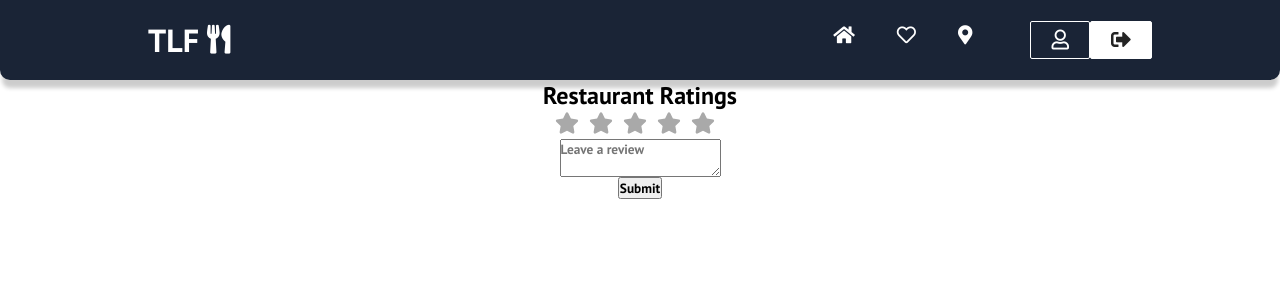
Repository: bethel-school-of-technology/the-local-fork-frontend
Page: /favorites
An editor plug-in stored every save of this project. The page is shown before and after the next save, followed by the edit.
The browser window is 1280 px wide. The pictures show the whole page.
The project was rebuilt for these pictures with package versions that can differ from the ones it lists, and the page was loaded fresh each time. Also part of the build but not shown: src/Components/pages/SignUp.js, src/Components/pages/Delete.js, src/Components/pages/PersonPut.js, src/Components/pages/Login.js, src/Components/pages/Home.js, src/Components/pages/ProfilePage.js, src/Components/pages/Newres.js.

Above is the page before, as saved 2021-11-02 19:18:27.

### src/App.js
import React from "react";
import Navbar from "./Components/Navbar";
import { BrowserRouter as Router, Switch, Route} from "react-router-dom";
import "./App.css";


import Signup from "./Components/pages/SignUp";
import Delete from "./Components/pages/Delete";
import Put from "./Components/pages/PersonPut";
import Login from "./Components/pages/Login";
import Home from "./Components/pages/Home";
import Profile from "./Components/pages/ProfilePage";
import Favorites from "./Components/pages/Favorites";
import Newres from "./Components/pages/Newres";

import Logout from "./Components/pages/Logout";


function App() {
  return (
    <>
      <Router>
        <Navbar />

        <Switch>
          <Route path="/Login" exact component={Login} />
          <Route path="/profile" exact component={Profile} />
          <Route path="/signup" exact component={Signup} />
          <Route path="/Put" exact component={Put} />
          <Route path="/Delete" exact component={Delete} />
          <Route path="/" exact component={Home} />
          <Route path="/favorites" exact component={Favorites} />
          <Route path="/Res" exact component={Newres} />
          <Route path="/logout" exact component={Logout} />


        </Switch>
      </Router>
    </>
  );
}

export default App;

### src/Components/Navbar.js
import React, { useState, useEffect } from "react";
import { Link } from "react-router-dom";
import "./Navbar.css";
import { Button } from "./Button";
import { Button2 } from "./Button2";

function Navbar() {
  const [click, setClick] = useState(false);
  const [button, setButton] = useState(true);

  const handleClick = () => setClick(!click);
  const closeMobileMenu = () => setClick(false);

  const showButton = () => {
    if (window.innerWidth <= 960) {
      setButton(false);
    } else {
      setButton(true);
    }
  };

  useEffect(() => {
    showButton();
  }, []);

  window.addEventListener("resize", showButton);

  return (
    <>
      <nav className="navbar">
        <div className="navbar-container">
          <Link to="/" className="navbar-logo" onClick={closeMobileMenu}>
            TLF <i className="fas fa-utensils" />
          </Link>
          <div className="menu-icon" onClick={handleClick}>
            <i className={click ? "fas fa-times" : "fas fa-bars"} />
          </div>
          <ul className={click ? "nav-menu active" : "nav-menu"}>
            <li className="nav-item">
              <Link to="/" className="nav-links" onClick={closeMobileMenu}>
                <i className="fas fa-home"></i>
              </Link>
            </li>
            <li className="nav-item">
              <Link
                to="/favorites"
                className="nav-links"
                onClick={closeMobileMenu}
              >
                <i className="far fa-heart"></i>
              </Link>
            </li>
            <li className="nav-item">
              <Link
                to="/map"
                className="nav-links"
                onClick={closeMobileMenu}
              >
                <i className="fas fa-map-marker-alt"></i>
              </Link>
            </li>
            <li className="">
              <Link
                to="/signup"
                className="nav-links-mobile"
                onClick={closeMobileMenu}
              >
                <i className="far fa-user"></i>
              </Link>
            </li>
            <li className="">
              <Link
                to="/"
                className="nav-links-mobile"
                onClick={closeMobileMenu}
              >
                <i className="fas fa-sign-out-alt"></i>
              </Link>
            </li>
          </ul>
          {button && <Button buttonStyle="btn--outline"></Button>}
          {button && <Button2 buttonStyle="btn--outline"></Button2>}
        </div>
      </nav>
    </>
  );
}

export default Navbar;

### src/Components/pages/Favorites.js
import React from "react";
import { FaStar } from "react-icons/fa";
import { useState } from "react/cjs/react.development";

const colors = {
  orange: "#FFBA5A",
  grey: "#a9a9a9",
};

function App() {
  const stars = Array(5).fill(0);
  const [currentValue, setCurrentValue] = React.useState(0);
  const [hoverValue, setHoverValue] = React.useState(undefined);

  const handleClick = (value) => {
    setCurrentValue(value);
  };

  const handleMouseOver = (value) => {
    setHoverValue(value);
  };

  const handleMouseLeave = () => {
    setHoverValue(undefined);
  };

  return (
    <div style={styles.container}>
      <h2>Restaurant Ratings</h2>
      <div style={styles.stars}>
        {stars.map((_, index) => {
          return (
            <FaStar
              key={index}
              size={24}
              style={{
                marginRight: 10,
                cursor: "pointer",
              }}
              color={
                (hoverValue || currentValue) > index
                  ? colors.orange
                  : colors.grey
              }
              onClick={() => handleClick(index + 1)}
              onMouseOver={() => handleMouseOver(index + 1)}
              onMouseLeave={handleMouseLeave}
            />
          );
        })}
      </div>
      <textarea placeholder="Leave a review" style={styles.textarea} />
      <button style={styles.button}>Submit</button>
    </div>
  );
}

const styles = {
  container: {
    display: "flex",
    flexDirection: "column",
    alignItems: "center",
  },
};

export default App;

// export default class Favorites extends React.Component {
//   render() {
//     return (
//       <ul>
//         <li>
//           <h1>User Favorites Page</h1>
//         </li>
//       </ul>
//     );
//   }
//}

### src/Components/pages/Logout.js
import React from "react";
import { useHistory } from "react-router-dom";
import "../Button2.css";

const STYLES = ['btn--primary', 'btn--outline']
const SIZES = ['btn--medium', 'btn--large'];

const Logout = ({
    children,
    type,
    onClick,
    buttonStyle,
    buttonSize,
}) => {
    let history = useHistory();


    const checkButtontStyle = STYLES.includes(buttonStyle)
        ? buttonStyle
        : STYLES[0];

    const checkButtontSize = SIZES.includes(buttonSize)
        ? buttonSize
        : SIZES[0];

    const handleSubmit = () => {
        localStorage.removeItem("mytoken");
        history.push('/login');

    }

    return (
        <form onSubmit={handleSubmit}>

            <button
                className={`btn fas fa-sign-out-alt ${checkButtontStyle} ${checkButtontSize}`}
                onClick={onClick}
                type={type, "submit"}
            >
                {children}
            </button>
        </form>
    )

};

export default Logout;

### src/Components/Navbar.css
.navbar {
    background: #1a2436;
    border-bottom-right-radius: 10px;
    border-bottom-left-radius: 10px;
    box-shadow: 0 10px 4px -2px rgba(0,0,0,.2);
    height: 80px;
    display: flex;
    justify-content: center;
    align-items: center;
    font-size: 1.2rem;
    position: sticky;
    top: 0;
    z-index: 999;
  }

  .navbar-container {
    display: flex;
    justify-content: center;
    align-items: center;
    height: 80px;
    max-width: 1500px;
  }

  .navbar-logo {
    color: #fff;
    justify-self: start;
    margin-left: 20px;
    cursor: pointer;
    text-decoration: none;
    font-size: 2rem;
    display: flex;
    align-items: center;
  }

  .fa-utensils {
    margin-left: 0.5rem;
    font-size: 1.8rem;
  }

  .nav-menu {
    display: grid;
    grid-template-columns: repeat(4, auto);
    grid-gap: 10px;
    list-style: none;
    text-align: center;
    width: 60vw;
    justify-content: end;
    margin-right: 2rem;
  }

  .nav-item {
    height: 80px;
  }

  .nav-links {
    color: #fff;
    display: flex;
    align-items: center;
    text-decoration: none;
    padding: 0.5rem 1rem;
    height: 100%;
  }

  .nav-links:hover {
    border-bottom: 4px solid #fff;
    transition: all 0.2s ease-out;
  }

  .fa-bars {
    color: #fff;
  }

  .nav-links-mobile {
    display: none;
  }

  .menu-icon {
    display: none;
  }

  @media screen and (max-width: 960px) {
    .NavbarItems {
      position: relative;
    }

    .nav-menu {
      display: flex;
      flex-direction: column;
      width: 100%;
      height: 90vh;
      position: absolute;
      top: 80px;
      left: -100%;
      opacity: 1;
      transition: all 0.5s ease;
    }

    .nav-menu.active {
      background: #242222;
      left: 0;
      opacity: 1;
      transition: all 0.5s ease;
      z-index: 1;
    }

    .nav-links {
      text-align: center;
      padding: 2rem;
      width: 100%;
      display: table;
    }

    .nav-links:hover {
      background-color: #fff;
      color: #242424;
      border-radius: 0;
    }

    .navbar-logo {
      position: absolute;
      top: 0;
      left: 0;
      transform: translate(25%, 50%);
    }

    .menu-icon {
      display: block;
      position: absolute;
      top: 0;
      right: 0;
      transform: translate(-100%, 60%);
      font-size: 1.8rem;
      cursor: pointer;
    }

    .fa-times {
      color: #fff;
      font-size: 2rem;
    }

    .nav-links-mobile {
      display: block;
      text-align: center;
      margin: 2rem auto;
      border-radius: 4px;
      width: 80%;
      text-decoration: none;
      font-size: 1.5rem;
      background-color: transparent;
      color: #fff;
      padding: 14px 20px;
      border: 1px solid #fff;
      transition: all 0.3s ease-out;
    }

    .nav-links-mobile:hover {
      background: #fff;
      color: #242424;
      transition: 250ms;
    }
  }

### src/Components/Button.js
import React from "react";
import "./Button.css";
import { Link } from "react-router-dom";

const STYLES = ['btn--primary', 'btn--outline']

const SIZES = ['btn--medium', 'btn--large'];

export const Button = ({
    children,
    type,
    onClick,
    buttonStyle,
    buttonSize,
 }) => {
    const checkButtontStyle = STYLES.includes(buttonStyle)
    ? buttonStyle
    : STYLES[0];

    const checkButtontSize = SIZES.includes(buttonSize)
    ? buttonSize
    : SIZES[0];

    return (
        <Link to='/signup' className='btn-mobile'>
            <button
            className={`btn far fa-user ${checkButtontStyle} ${checkButtontSize}`}
            onClick={onClick}
            type={type}
            >
                {children}
            </button>
            </Link>
    );
 };

### src/Components/Button2.js
import React from "react";
import "./Button2.css";
import { Link } from "react-router-dom";
import Logout from "./pages/Logout";

const STYLES = ['btn--primary', 'btn--outline']
const SIZES = ['btn--medium', 'btn--large'];

export const Button2 = ({
    children,
    type,
    onClick,
    buttonStyle,
    buttonSize,
}) => {
    const checkButtontStyle = STYLES.includes(buttonStyle)
        ? buttonStyle
        : STYLES[0];

    const checkButtontSize = SIZES.includes(buttonSize)
        ? buttonSize
        : SIZES[0];

    return (
        <div>
            {/* <Link to='/' className='btn-mobile'> */}
            {/* <button    //This isn't right...
                    className={`btn fas fa-sign-out-alt ${checkButtontStyle} ${checkButtontSize}`}
                    onClick={onClick}
                    type={type}
                >
                    {children}
                </button> */}
            <Logout />
            {/* </Link> */}
        </div>
    );
};

### src/Components/Button2.css
:root {
    --primary: #fff;
    }

    .btn {
        padding: 8px 20px;
        border-radius: 2px;
        outline: none;
        border: none;
        cursor: pointer;
    }

    .btn--primary {
        background-color: var(--primary);
        color: #242424;
        border: 1px solid var(--primary);
    }

    .btn--outline {
        background-color: transparent;
        color: #fff;
        padding: 8px 20px;
        border: 1px solid var(--primary);
        transition: all 0.3s ease-out;
    }

    .btn--medium {
        padding: 8px 20px;
        font-size: 20px;
    }

    .btn--large {
        padding: 8px 20px;
        font-size: 20px;
    }

    .btn--medium:hover,
    .btn--large:hover {
        background: #fff;
        color: #242424;
        transition: all 0.3s ease-out;
    }

### src/Components/Button.css
:root {
    --primary: #fff;
    }

    .btn {
        padding: 8px 20px;
        border-radius: 2px;
        outline: none;
        border: none;
        cursor: pointer;
    }

    .btn--primary {
        background-color: var(--primary);
        color: #242424;
        border: 1px solid var(--primary);
    }

    .btn--outline {
        background-color: transparent;
        color: #fff;
        padding: 8px 20px;
        border: 1px solid var(--primary);
        transition: all 0.3s ease-out;
    }

    .btn--medium {
        padding: 8px 20px;
        font-size: 20px;
    }

    .btn--large {
        padding: 8px 20px;
        font-size: 20px;
    }

    .btn--medium:hover,
    .btn--large:hover {
        background: #fff;
        color: #242424;
        transition: all 0.3s ease-out;
    }

Loaded but not shown: public/index.html (common file); src/index.js (common file); src/App.css (common file)

After the next save:
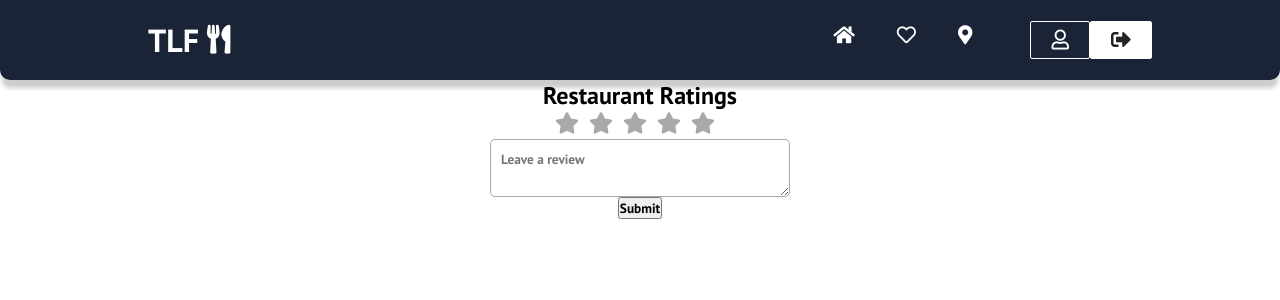
Saved 2 min 51 s later.
--- a/src/Components/pages/Favorites.js
+++ b/src/Components/pages/Favorites.js
@@ -61,6 +61,15 @@ const styles = {
     flexDirection: "column",
     alignItems: "center",
   },
+  textarea: {
+    border: "1px solid #a9a9a9",
+    borderRadius: 5,
+    width: 300,
+    padding: 10
+  },
+  button: {
+    display: "flex",
+  },
 };
 
 export default App;
